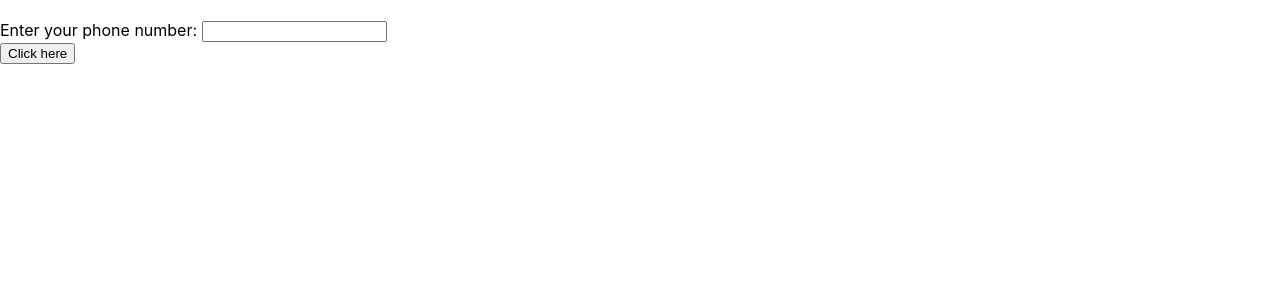
Repository: Rubin78/login-verification
Page: /
The author's editor kept a copy of each file at every save. The page is drawn from the files as they stood at one save, then again after the next save.
The browser window is 1280 px wide. The pictures show the whole page.
The project was rebuilt for these pictures with package versions that can differ from the ones it lists, and the page was loaded fresh each time. Also part of the build but not shown: src/App.css.

Above is the page before, as saved 2021-02-15 01:49:47.

### src/App.js
import React, { Component, label } from "react";
import "./App.css";
import firebase from "./firebase";

export default class App extends Component {
  constructor(props) {
    super(props);

    this.state = {
      phoneNumber: null,
    };
  }

  //   setUpRecaptcha = () =>{
  // window.recaptchaVerifier = new firebase.auth.RecaptchaVerifier(
  //   "sign-in-button",
  //   {
  //     size: "invisible",
  //     callback: (response) => {
  //       // reCAPTCHA solved, allow signInWithPhoneNumber.
  //       this.onSignInSubmit();
  //     },
  //   }
  // );

  //   };

  //   onSignInSubmit = (event) => {
  // event.preventDefault();
  //     const phoneNumber = "+918369696578";
  //     const appVerifier = window.recaptchaVerifier;
  //     firebase
  //       .auth()
  //       .signInWithPhoneNumber(phoneNumber, appVerifier)
  //       .then((confirmationResult) => {
  // SMS sent. Prompt user to type the code from the message, then sign the
  // user in with confirmationResult.confirm(code).
  // window.confirmationResult = confirmationResult;
  // ...
  // })
  // .catch((error) => {
  // Error; SMS not sent
  // ...
  //     });
  // }

  handleClick = (e) => {
    e.preventDefault();
    const { phoneNumber } = this.state;
    const phoneNumber_countryCode = `+91${phoneNumber}`;
    console.log(phoneNumber_countryCode);
    let recaptcha = new firebase.auth.RecaptchaVerifier("recaptcha");
    let number = phoneNumber_countryCode;
    firebase
      .auth()
      .signInWithPhoneNumber(number, recaptcha)
      .then(function (e) {
        let code = prompt("enter otp", "");
        if (code == null) return;
        e.confirm(code)
          .then(function (result) {
            console.log(result.user, "user");
            document.querySelector("label").textContent =
              result.user.phoneNumber + "Number Verified";
          })
          .catch((error) => {
            console.log(error);
          });
      });
  };

  render() {
    const { phoneNumber } = this.state;
    return (
      <div className="">
        <form onSubmit={this.handleClick}>
          <div id="recaptcha"></div>
          <br />
          <label for="phone">Enter your phone number: </label>
          <input
            type="tel"
            pattern="[789][0-9]{9}"
            value={phoneNumber}
            onChange={(e) => {
              this.setState({
                phoneNumber: e.target.value,
              });
            }}
          />
          <br />
          <input type="submit" value="Click here" />
        </form>
        {/* <div className="container">

<div className="row justify-content-center align-item-center">

<div className="col-sm-6 text-left">
  <h2>Phone Login</h2>
  </div>
<form onSubmit={this.onSignInSubmit}>
  <div className="form-group">
    <label for ="exampleInputEmail1">phone number</label>
    <input type="number" className="form-control" />
    </div>

    <button type="submit" className="btn btn-primary">submit</button>
    </form>
  </div>
  </div> */}
      </div>
    );
  }
}

### src/firebase.js
import firebase from "firebase";
import "firebase/auth";



// Your web app's Firebase configuration
var firebaseConfig = {
  apiKey: "AIzaSyCPzRnaARKqxbz7v2rWT2UkPVg2Tu1pzO8",
  authDomain: "phone-login-2db6e.firebaseapp.com",
  projectId: "phone-login-2db6e",
  storageBucket: "phone-login-2db6e.appspot.com",
  messagingSenderId: "683632220759",
  appId: "1:683632220759:web:e58cc6ba32dc476c8a2112",
};
// Initialize Firebase
firebase.initializeApp(firebaseConfig);

export default firebase;

Loaded but not shown: public/index.html (common file); src/index.js (common file); src/index.css (common file); src/reportWebVitals.js (common file)

After the next save:
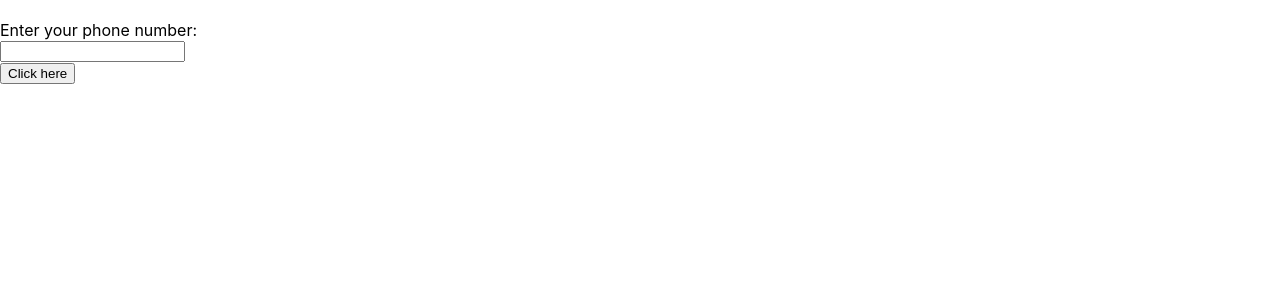
Saved 8 min 10 s later.
--- a/src/App.js
+++ b/src/App.js
@@ -76,7 +76,7 @@ export default class App extends Component {
         <form onSubmit={this.handleClick}>
           <div id="recaptcha"></div>
           <br />
-          <label for="phone">Enter your phone number: </label>
+          <div><label for="phone">Enter your phone number: </label></div>
           <input
             type="tel"
             pattern="[789][0-9]{9}"
